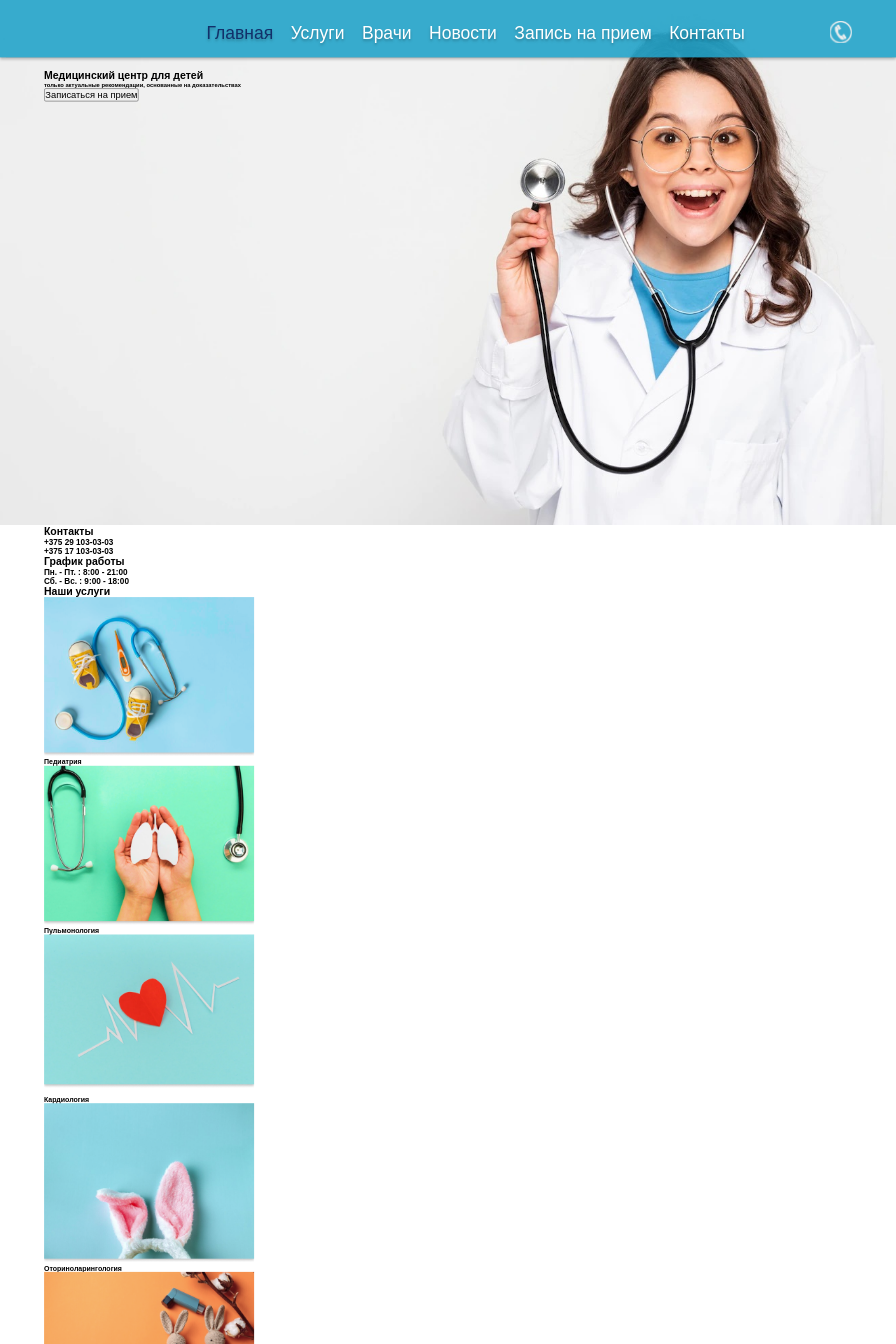
Repository: Normandy72/Landing-Page-Happy-Child
Page: index.html
An editor plug-in stored every save of this project. The page is shown before and after the next save, followed by the edit.
The browser window is 1280 px wide. The pictures show the part of the page from y = 0 to 1920 px (the page is 7728 px tall), at 70% of full size.
Some web fonts or font styles are not loaded; a fallback is used.

Above is the page before, as saved 2022-11-11 22:46:08.
Not found: resources/icon/HappyChild.png
Not found: styles/doctors_card.css
Not found: styles/news_card.css

After the next save:
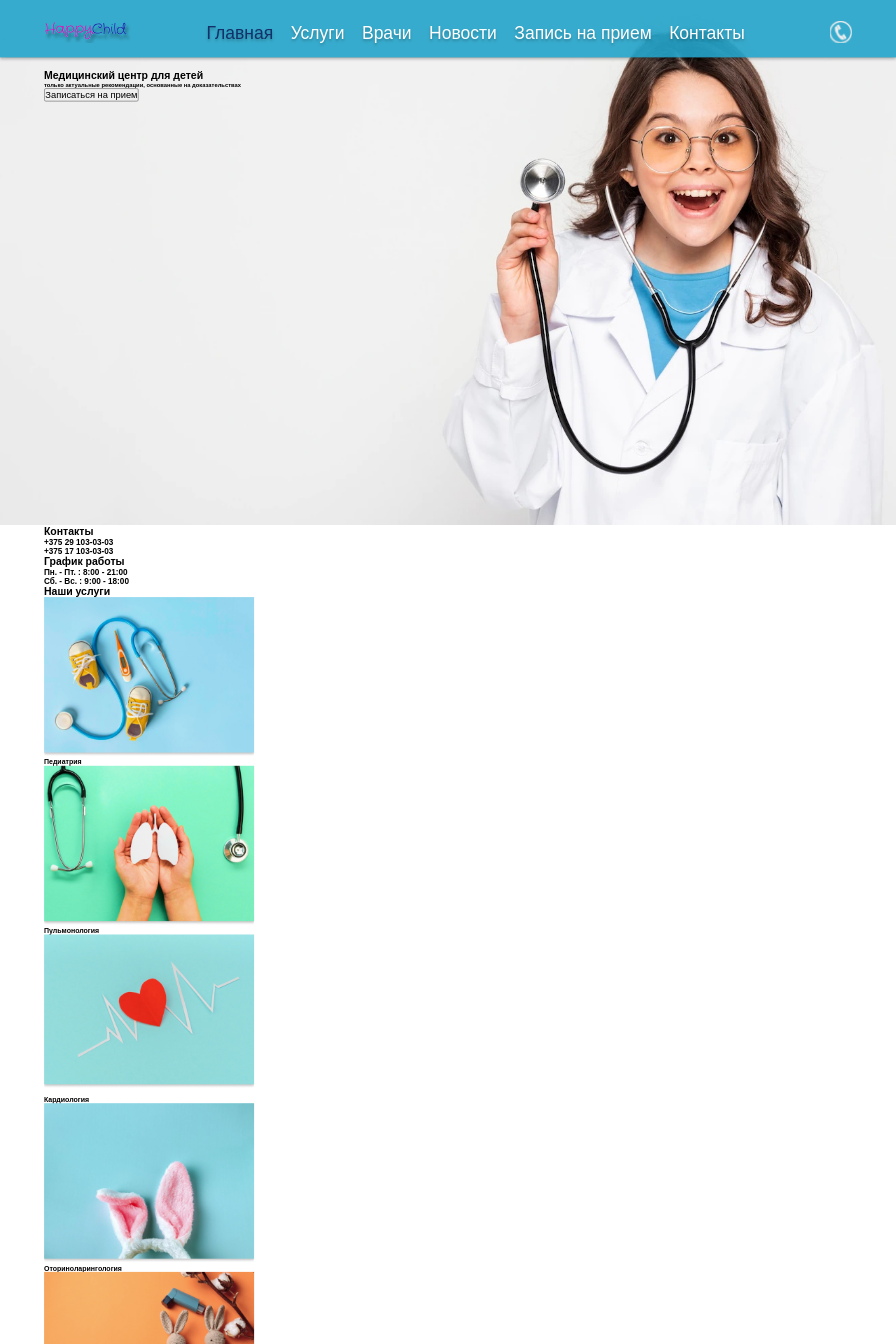
Saved 86 s later.
--- a/styles/header.css
+++ b/styles/header.css
@@ -12,7 +12,7 @@ header .wrapper{
 }
 
 .header__logo{
-    background-image: url(../resources/icon/HappyChild.png);
+    background-image: url(../resources/icon/HappyChild_small.svg);
     background-repeat: no-repeat;
     width: 136px;
     height: 31px;
